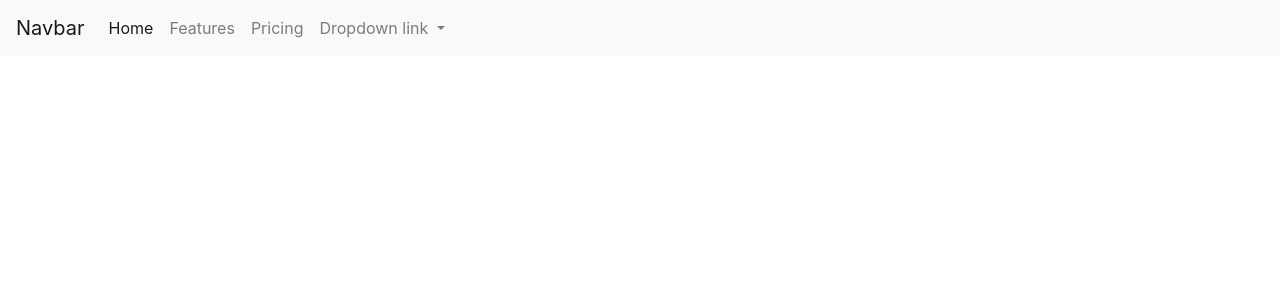
Repository: lwygold/do_it_ft
Page: about_me.html
An editor plug-in stored every save of this project. The page is shown before and after the next save, followed by the edit.
The browser window is 1280 px wide. The pictures show the whole page.

Above is the page before, as saved 2021-08-10 17:55:11.

After the next save:
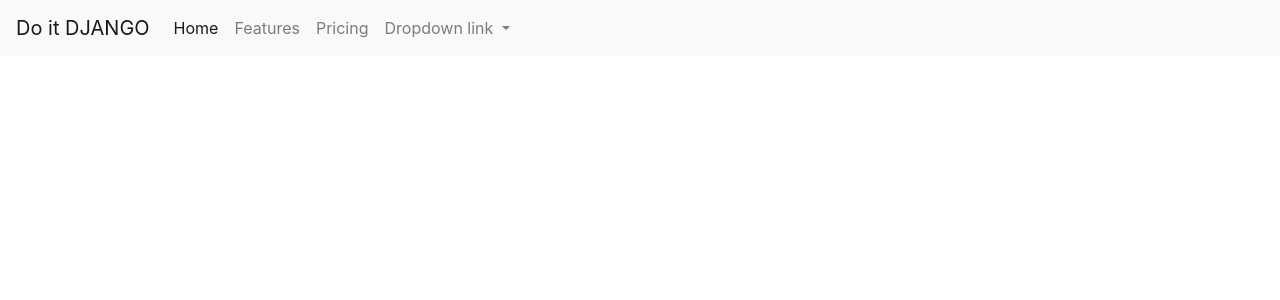
Saved 50 s later.
--- a/about_me.html
+++ b/about_me.html
@@ -11,7 +11,7 @@
 
 <body>
     <nav class="navbar navbar-expand-lg navbar-light bg-light">
-        <a class="navbar-brand" href="#">Navbar</a>
+        <a class="navbar-brand" href="#">Do it DJANGO</a>
         <button class="navbar-toggler" type="button" data-toggle="collapse" data-target="#navbarNavDropdown"
             aria-controls="navbarNavDropdown" aria-expanded="false" aria-label="Toggle navigation">
             <span class="navbar-toggler-icon"></span>
